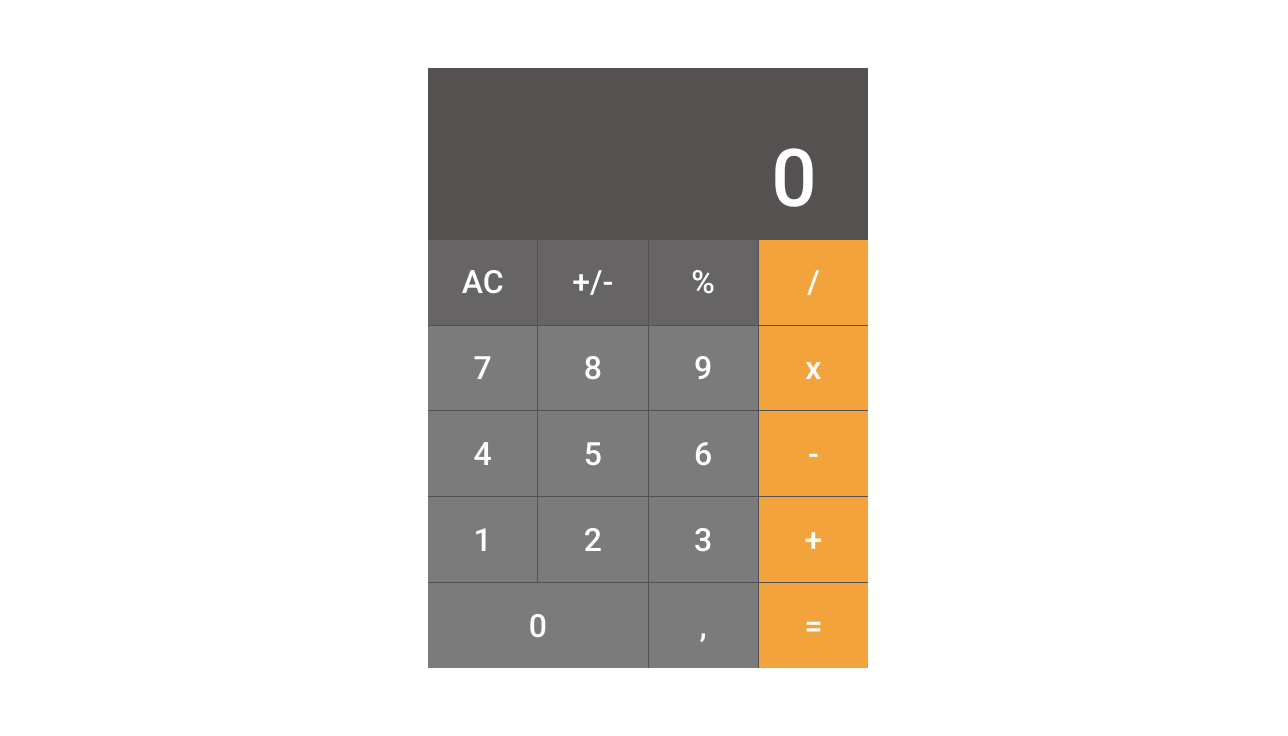
Repository: maciekto/calculatorOOP
Page: index.html
These files come from the project's save history. The page is drawn as it stood at one moment and after the next save; the edit follows.
The browser window is 1280 px wide. The page is 1288 px wide, so the pictures cover 1288 px, including what lies to the right of the window. The pictures show the whole page.

Above is the page before, as saved 2022-07-08 16:57:56.

### index.html
<!DOCTYPE html>
<html lang="en">
<head>
    <meta charset="UTF-8">
    <meta http-equiv="X-UA-Compatible" content="IE=edge">
    <meta name="viewport" content="width=device-width, initial-scale=1.0">
    <title>Document</title>
    <link rel="stylesheet" href="css.css">


</head>
<body>
    <main>
        <div class="Calc">
            <div class="Calc__result">0</div>

            <div class="Calc__reset">
                AC
            </div>
            <div class="Calc__opposite">
                +/-
            </div>
            <div class="Calc__percentages">
                %
            </div>
            <div class="Calc__divide">
                /
            </div>

            <div class="Calc__7">7</div>
            <div class="Calc__8">8</div>
            <div class="Calc__9">9</div>
            <div class="Calc__multiply">
                x
            </div>

            <div class="Calc__4">4</div>
            <div class="Calc__5">5</div>
            <div class="Calc__6">6</div>
            <div class="Calc__substraction">
                -
            </div>

            <div class="Calc__1">1</div>
            <div class="Calc__2">2</div>
            <div class="Calc__3">3</div>
            <div class="Calc__addition">
                +
            </div>

            <div class="Calc__0">0</div>
            <div class="Calc__comma">,</div>
            <div class="Calc__isequal">
                =
            </div>

        </div>
    </main>

    <script src="js.js"></script>
</body>
</html>

### css.css
@import url('https://fonts.googleapis.com/css2?family=Roboto:wght@400;500;700&display=swap');

* {
    font-family: 'Roboto', sans-serif;
    font-weight: 500;
    box-sizing: border-box;
}

main {
    width: 100vw;
    height: 100vh;
    display: grid;
    place-items: center;
}

.Calc {
    max-width: 440px;
    width: 55vw;
    height: 80vw;
    max-height: 600px;
    background: #545150;
    color: white;
    display: grid;
    grid-template-columns: repeat(4, 1fr);
    grid-template-rows: repeat(7, 1fr);
    grid-template-areas:
    "result result result result"
    "result result result result"
    "reset opposite percentages divide"
    "seven eight nine multiply"
    "four five six substraction"
    "one two three addition"
    "zero zero comma isequal"
    ;
    grid-gap: 1px;
    font-size: 4vw;
}
.Calc div {
    display: grid;
    place-items: center;
    background: #7b7b7c;
    cursor: pointer;
}
.Calc__result {
    padding: 1vw 4vw;
    font-size: 10vw;
    text-size-adjust: 10%;
    grid-area: result;
    background: #545150 !important;
    place-items: end end !important;
}
.Calc__reset {
    background: #666464 !important;
}
.Calc__opposite {
    background: #666464 !important;
}
.Calc__percentages {
    background: #666464 !important;
}
.Calc__divide {
    background: #f2a33c !important;
}
.Calc__multiply {
    background: #f2a33c !important;
}
.Calc__substraction {
    background: #f2a33c !important;
}
.Calc__addition {
    background: #f2a33c !important;
}
.Calc__isequal {
    background: #f2a33c !important;
}


.Calc__0 {
    grid-area: zero;
}

@media (min-width: 800px) {
    .Calc {
        font-size: 32px;
    }
    .Calc__result {
        font-size: 80px;
    }
}

### js.js

// Zaznaczanie klasy
function Class(nazwa) {
    return document.querySelector(`.${nazwa}`);
}


const result = Class('Calc__result');
const x = Class('Calc__multiply');


let result_number;

const l0 = Class('Calc__0');
const l1 = Class('Calc__1');
const l2 = Class('Calc__2');
const l3 = Class('Calc__3');
const l4 = Class('Calc__4');
const l5 = Class('Calc__5');
const l6 = Class('Calc__6');
const l7 = Class('Calc__7');
const l8 = Class('Calc__8');
const l9 = Class('Calc__9');
const lcomma = Class('Calc__comma');

var liczby = [l0, l1, l2, l3, l4, l5, l6, l7, l8, l9, lcomma, x];

liczby.forEach(element => {
    element.addEventListener('click', () => numberClicked(element));
});

function numberClicked(number) {
    console.log(number.innerHTML)
    if(number.innerHTML === 'x') {

    }else {
        if(result.innerHTML === '0') {
            result.innerHTML = number.innerHTML;
        } else {
            const OLDresult = result.innerHTML;
            result.innerHTML = OLDresult + number.innerHTML;
        }
    }


}

console.log(l1)



























































// inputy liczb
// inputy orange
// input procent
// input odwrotność
// input reset

// 1. po klinięciu liczba jest zapisywana jako aktywna, jeżeli jest dodana następna liczba jest dodawana do pierwszej w stringu

// 2. Po kliniuęciu jakiegoś przycisku z orange jest dodawana flaga co będzie z tą liczbą robione

// 3. Wprowadzenie następnej liczby

// 4. Wynik


// 5. Resetowanie liczby jako resetowanie zmiennej przechowującej wyrażenie

After the next save:
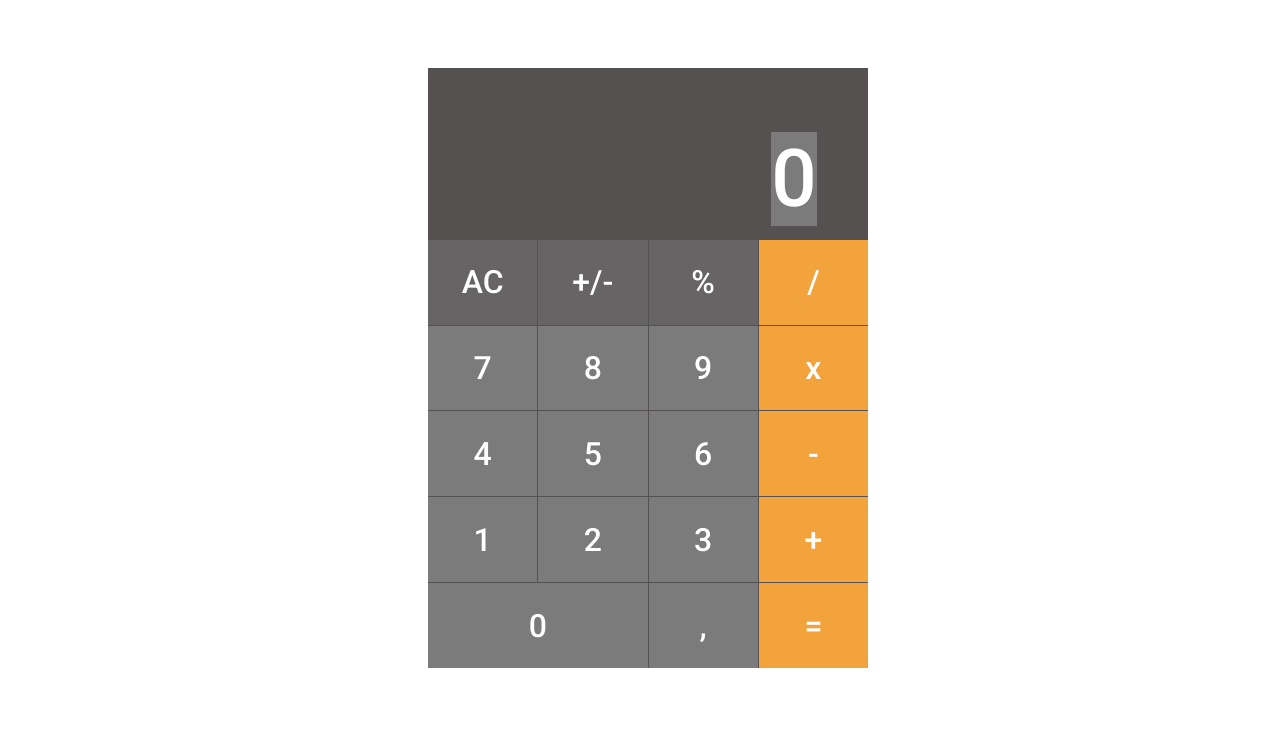
Saved 26 s later.
--- a/index.html
+++ b/index.html
@@ -12,7 +12,11 @@
 <body>
     <main>
         <div class="Calc">
-            <div class="Calc__result">0</div>
+            <div class="Calc__result">
+                <div class="Calc__result__inner">
+                    0
+                </div>
+            </div>
 
             <div class="Calc__reset">
                 AC
